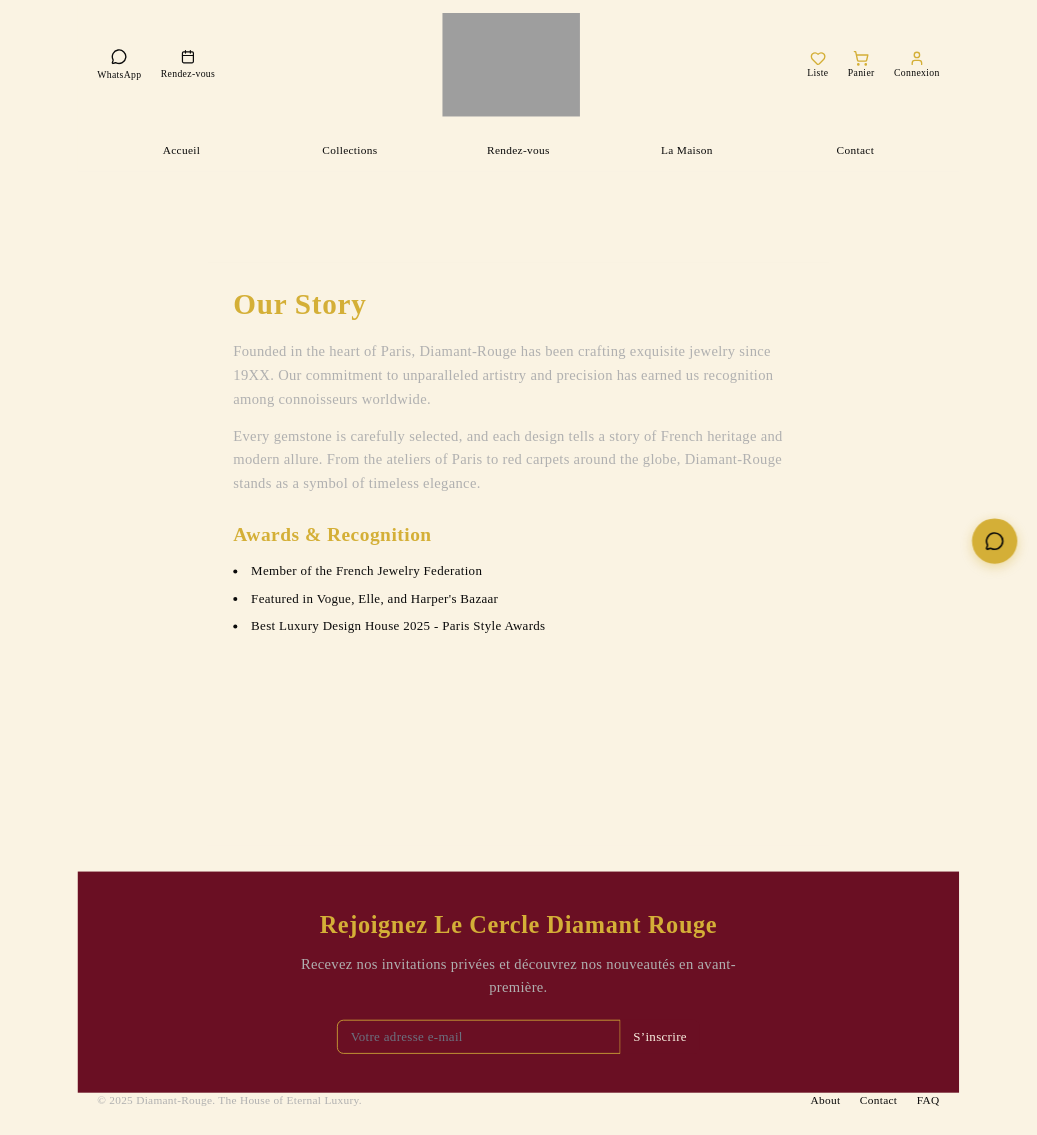
Repository: G-omar-H/diamant-rouge
Page: /about (app in diamant-rouge/)
The author's editor kept a copy of each file at every save. The page is drawn from the files as they stood at one save, then again after the next save.
The browser window is 1280 px wide. The pictures show the whole page, at 81% of full size.
Pictures or frames that could not be fetched are drawn as grey boxes. The page's requests for data from a server got no answer. The project was rebuilt for these pictures with package versions that can differ from the ones it lists, and the page was loaded fresh each time. The framework's server and built-in components were replaced by stand-ins that run in the browser. No one was signed in, and anything a server would have sent is missing. Also part of the build but not shown: diamant-rouge/next.config.js.

Above is the page before, as saved 2025-03-05 03:53:41.

### diamant-rouge/pages/_app.tsx
// pages/_app.tsx
import type { AppProps } from "next/app";
import "../styles/globals.css";
import { SessionProvider } from "next-auth/react"; // ✅ Import NextAuth Session Provider
import { CartProvider } from "../contexts/CartContext";
import { WishlistProvider } from "../contexts/WishlistContext";
import { ToastProvider } from "../contexts/ToastContext";
import { useRouter } from "next/router";
import Layout from "../components/Layout";

export default function App({ Component, pageProps: { session, ...pageProps } }: AppProps) {
    const { locale } = useRouter();

    return (
        <SessionProvider session={session}> {/* ✅ Ensures session context is available */}
            <div dir={locale === "ar" ? "rtl" : "ltr"}>
                <ToastProvider>
                    <CartProvider> {/* ✅ Cart is now session-aware */}
                        <WishlistProvider>
                            <Layout title="Home" description="Welcome to Diamant-Rouge, the epitome of luxury jewelry.">
                                <Component {...pageProps} />
                            </Layout>
                        </WishlistProvider>
                    </CartProvider>
                </ToastProvider>
            </div>
        </SessionProvider>
    );
}

### diamant-rouge/pages/about.tsx
// pages/about.tsx
import Head from "next/head";

export default function AboutPage() {
    return (
        <>
            <Head>
                <title>About Diamant-Rouge</title>
            </Head>
            <main className="section-light hero-section min-h-screen p-8 max-w-3xl mx-auto">
                <h1 className="text-4xl font-serif text-brandGold mb-6">Our Story</h1>
                <p className="mb-4 text-platinumGray leading-relaxed">
                    Founded in the heart of Paris, Diamant-Rouge has been crafting exquisite jewelry since
                    19XX. Our commitment to unparalleled artistry and precision has earned us recognition
                    among connoisseurs worldwide.
                </p>
                <p className="mb-4 text-platinumGray leading-relaxed">
                    Every gemstone is carefully selected, and each design tells a story of French heritage
                    and modern allure. From the ateliers of Paris to red carpets around the globe,
                    Diamant-Rouge stands as a symbol of timeless elegance.
                </p>

                {/* Authority Cue: Awards, Certification */}
                <h2 className="text-2xl font-serif text-brandGold mt-8 mb-4">Awards & Recognition</h2>
                <ul className="list-disc list-inside text-richEbony space-y-2">
                    <li>Member of the French Jewelry Federation</li>
                    <li>Featured in Vogue, Elle, and Harper's Bazaar</li>
                    <li>Best Luxury Design House 2025 - Paris Style Awards</li>
                </ul>
            </main>
        </>
    );
}

### diamant-rouge/contexts/WishlistContext.tsx
import { createContext, useContext, useState, useEffect, ReactNode } from "react";

type WishlistItem = {
    productId: number;
};

type WishlistContextType = {
    wishlist: WishlistItem[];
    addToWishlist: (productId: number) => void;
    removeFromWishlist: (productId: number) => void;
    fetchWishlist: () => void;
};

const WishlistContext = createContext<WishlistContextType | undefined>(undefined);

export function WishlistProvider({ children }: { children: ReactNode }) {
    const [wishlist, setWishlist] = useState<WishlistItem[]>([]);

    useEffect(() => {
        fetchWishlist();
    }, []);

    async function fetchWishlist() {
        try {
            const res = await fetch("/api/wishlist", {
                credentials: "include"
            });
            const data = await res.json();
            if (res.ok) setWishlist(data);
        } catch (error) {
            console.error("❌ Failed to fetch wishlist:", error);
        }
    }

    async function addToWishlist(productId: number) {
        try {
            const res = await fetch("/api/wishlist", {
                method: "POST",
                credentials: "include",
                headers: { "Content-Type": "application/json" },
                body: JSON.stringify({ productId }),
            });
            if (res.ok) fetchWishlist();
        } catch (error) {
            console.error("❌ Failed to add to wishlist:", error);
        }
    }

    async function removeFromWishlist(productId: number) {
        try {
            const res = await fetch("/api/wishlist", {
                method: "DELETE",
                credentials: "include",
                headers: { "Content-Type": "application/json" },
                body: JSON.stringify({ productId }),
            });
            if (res.ok) fetchWishlist();
        } catch (error) {
            console.error("❌ Failed to remove from wishlist:", error);
        }
    }

    return (
        <WishlistContext.Provider value={{ wishlist, addToWishlist, removeFromWishlist, fetchWishlist }}>
            {children}
        </WishlistContext.Provider>
    );
}

export function useWishlist() {
    const context = useContext(WishlistContext);
    if (!context) throw new Error("useWishlist must be used within a WishlistProvider");
    return context;
}

### diamant-rouge/contexts/ToastContext.tsx
import { createContext, useContext, useState, ReactNode } from 'react';
import ToastNotification, { ToastType } from '../components/ToastNotification';

type ToastContextType = {
  showToast: (message: string, type: ToastType) => void;
};

const ToastContext = createContext<ToastContextType | undefined>(undefined);

export function ToastProvider({ children }: { children: ReactNode }) {
  const [isVisible, setIsVisible] = useState(false);
  const [message, setMessage] = useState('');
  const [toastType, setToastType] = useState<ToastType>('success');

  const showToast = (message: string, type: ToastType = 'success') => {
    setMessage(message);
    setToastType(type);
    setIsVisible(true);
  };

  const hideToast = () => {
    setIsVisible(false);
  };

  return (
    <ToastContext.Provider value={{ showToast }}>
      {children}
      <ToastNotification
        message={message}
        type={toastType}
        isVisible={isVisible}
        onClose={hideToast}
      />
    </ToastContext.Provider>
  );
}

export function useToast() {
  const context = useContext(ToastContext);
  if (!context) {
    throw new Error('useToast must be used within a ToastProvider');
  }
  return context;
}

### diamant-rouge/components/Layout.tsx
// components/Layout.tsx

import { ReactNode } from "react";
import Head from "next/head";
import Header from "./Header";
import Footer from "./Footer";
import ChatBot from "./ChatBot";
import Notifications from "./Notifications";

type LayoutProps = {
    children: ReactNode;
    title?: string;
    description?: string;
};

export default function Layout({ children, title, description }: LayoutProps) {
    return (
        <>
            {/* Enhanced SEO Metadata */}
            <Head>
                <title>
                    {title ? `${title} | Diamant-Rouge` : "Diamant-Rouge - Luxury Jewelry House"}
                </title>
                {description && <meta name="description" content={description} />}
                <meta name="viewport" content="width=device-width, initial-scale=1" />
            </Head>

            {/*
        Wrapper that applies (100vw - 2in) to the entire site
        so Header, Main, and Footer are all within that width.
      */}
            <div
                style={{
                    margin: "0 auto",
                    width: "calc(100vw - 2in)",
                }}
            >
                {/* Fixed or static Header (depending on your Header.tsx) */}
                <Header />

                <main className="min-h-screen pt-24 md:pt-28 transition-opacity duration-500 ease-in-out">
                    {children}
                </main>

                <Footer />
                <ChatBot />
            </div>
        </>
    );
}

### diamant-rouge/components/ToastNotification.tsx
import { useState, useEffect } from "react";
import { motion, AnimatePresence } from "framer-motion";
import { ShoppingCart, Heart, Check, X } from "lucide-react";

export type ToastType = "cart" | "wishlist" | "success" | "error";

type ToastProps = {
  message: string;
  type: ToastType;
  isVisible: boolean;
  onClose: () => void;
  duration?: number;
};

export default function ToastNotification({
  message,
  type,
  isVisible,
  onClose,
  duration = 3000,
}: ToastProps) {
  // Auto-dismiss the toast after duration
  useEffect(() => {
    if (isVisible) {
      const timer = setTimeout(() => {
        onClose();
      }, duration);

      return () => clearTimeout(timer);
    }
  }, [isVisible, onClose, duration]);

  // Get icon based on toast type
  const getIcon = () => {
    switch (type) {
      case "cart":
        return <ShoppingCart size={18} className="text-brandIvory" />;
      case "wishlist":
        return <Heart size={18} className="text-brandIvory" />;
      case "success":
        return <Check size={18} className="text-brandIvory" />;
      case "error":
        return <X size={18} className="text-brandIvory" />;
      default:
        return null;
    }
  };

  // Get background color based on toast type
  const getBgColor = () => {
    switch (type) {
      case "cart":
        return "bg-brandGold";
      case "wishlist":
        return "bg-burgundy";
      case "success":
        return "bg-emerald-600";
      case "error":
        return "bg-red-600";
      default:
        return "bg-platinumGray";
    }
  };

  return (
    <AnimatePresence>
      {isVisible && (
        <motion.div
          initial={{ opacity: 0, y: -20, scale: 0.9 }}
          animate={{ opacity: 1, y: 0, scale: 1 }}
          exit={{ opacity: 0, y: -20, scale: 0.9 }}
          transition={{ type: "spring", damping: 25 }}
          className={`fixed top-6 right-6 z-50 ${getBgColor()} text-brandIvory px-5 py-3 rounded-lg shadow-lg flex items-center max-w-sm`}
        >
          <div className="mr-3 flex-shrink-0">
            {getIcon()}
          </div>
          <div className="flex-grow">
            <p className="text-sm">{message}</p>
          </div>
          <button
            onClick={onClose}
            className="ml-3 text-brandIvory/70 hover:text-brandIvory transition-colors"
            aria-label="Fermer"
          >
            <X size={16} />
          </button>
        </motion.div>
      )}
    </AnimatePresence>
  );
}

### diamant-rouge/components/Header.tsx
"use client";

import { useState } from "react";
import Link from "next/link";
import Image from "next/image";
import { signOut, useSession } from "next-auth/react";
import { useCart } from "../contexts/CartContext";
import { useWishlist } from "../contexts/WishlistContext";
import {
  ShoppingCart,
  Heart,
  User,
  LogOut,
  Calendar,
  MessageCircle,
  ShieldCheck,
  Menu,
  X,
} from "lucide-react";

export default function Header() {
  const { cart } = useCart();
  const { wishlist } = useWishlist();
  const { data: session } = useSession();

  // Mobile navigation state
  const [navOpen, setNavOpen] = useState(false);

  return (
    <header className="w-full bg-brandIvory">
      <div className="max-w-screen-xl mx-auto px-6 py-4 flex flex-col gap-4">
        {/* Top Row: Contact & User Actions */}
        <div className="flex justify-between items-center">
          {/* Left: Contact Links */}
          <div className="flex items-center gap-6">
            <a
              href="https://wa.me/212555000111"
              target="_blank"
              rel="noopener noreferrer"
              className="flex flex-col items-center gap-1 text-richEbony hover:text-burgundy transition"
              title="Contactez-nous via WhatsApp"
            >
              <MessageCircle size={20} />
              <span className="text-xs">WhatsApp</span>
            </a>
            <Link
              href="/appointments"
              className="flex flex-col items-center gap-1 text-richEbony hover:text-brandGold transition"
              title="Prendre rendez-vous"
            >
              <Calendar size={18} />
              <span className="text-xs">Rendez-vous</span>
            </Link>
          </div>

          {/* Center: Enlarged Logo */}
          <div className="flex-grow flex justify-center items-center">
            <Link
              href="/"
              title="Accueil Diamant Rouge"
              className="relative w-96 h-32 hover:scale-105 transition-transform"
            >
              <Image
                src="/images/1/diamant-rouge-logo.svg"
                alt="Diamant Rouge - Joaillerie de Luxe"
                fill
                className="object-contain"
              />
            </Link>
          </div>

          {/* Right: User & Cart Icons */}
          <div className="flex items-center gap-6">
            <Link href="/wishlist" title="Votre liste de souhaits">
              <div className="relative flex flex-col items-center">
                <Heart size={20} className="text-brandGold" />
                <span className="text-xs">Liste</span>
                {wishlist.length > 0 && (
                  <span className="absolute -top-1 -right-2 bg-burgundy text-brandIvory text-xs px-1 rounded-full">
                    {wishlist.length}
                  </span>
                )}
              </div>
            </Link>
            <Link href="/cart" title="Votre panier">
              <div className="relative flex flex-col items-center">
                <ShoppingCart size={20} className="text-brandGold" />
                <span className="text-xs">Panier</span>
                {cart.length > 0 && (
                  <span className="absolute -top-1 -right-2 bg-burgundy text-brandIvory text-xs px-1 rounded-full">
                    {cart.length}
                  </span>
                )}
              </div>
            </Link>
            {session?.user?.role === "admin" && (
              <Link href="/admin" title="Accès Back Office">
                <div className="flex flex-col items-center">
                  <ShieldCheck size={20} className="text-brandGold" />
                  <span className="text-xs">Admin</span>
                </div>
              </Link>
            )}
            {session ? (
              <>
                <Link href="/profile" title="Votre Profil">
                  <div className="flex flex-col items-center">
                    <User size={20} className="text-brandGold" />
                    <span className="text-xs">Profil</span>
                  </div>
                </Link>
                <button
                  onClick={() => signOut()}
                  className="flex flex-col items-center text-brandGold transition"
                  title="Se déconnecter"
                >
                  <LogOut size={20} />
                  <span className="text-xs">Déconnexion</span>
                </button>
              </>
            ) : (
              <Link href="/auth" title="Se connecter">
                <div className="flex flex-col items-center">
                  <User size={20} className="text-brandGold" />
                  <span className="text-xs">Connexion</span>
                </div>
              </Link>
            )}
            {/* Mobile Nav Toggle */}
            <div className="md:hidden">
              <button onClick={() => setNavOpen(true)} title="Ouvrir le menu">
                <Menu size={24} className="text-brandGold" />
              </button>
            </div>
          </div>
        </div>

        {/* Bottom Row: Desktop Navigation spanning full width */}
        <nav className="hidden md:flex justify-between mt-4 text-sm font-medium text-richEbony">
          <Link
            href="/"
            className="flex-1 text-center hover:text-brandGold transition duration-300"
          >
            Accueil
          </Link>
          <Link
            href="/collections"
            className="flex-1 text-center hover:text-brandGold transition duration-300"
          >
            Collections
          </Link>
          <Link
            href="/appointments"
            className="flex-1 text-center hover:text-brandGold transition duration-300"
          >
            Rendez-vous
          </Link>
          <Link
            href="/the-house"
            className="flex-1 text-center hover:text-brandGold transition duration-300"
          >
            La Maison
          </Link>
          <Link
            href="/contact"
            className="flex-1 text-center hover:text-brandGold transition duration-300"
          >
            Contact
          </Link>
        </nav>
      </div>

      {/* Mobile Navigation Overlay */}
      {navOpen && (
        <div className="md:hidden fixed inset-0 bg-black/40 backdrop-blur-sm z-50 flex">
          <div className="bg-brandIvory w-3/4 max-w-xs h-full p-5 flex flex-col">
            <button
              onClick={() => setNavOpen(false)}
              className="self-end text-richEbony hover:text-brandGold mb-4"
              title="Fermer le menu"
            >
              <X size={24} />
            </button>
            <Link
              href="/"
              className="py-2 text-richEbony hover:text-brandGold"
              onClick={() => setNavOpen(false)}
            >
              Accueil
            </Link>
            <Link
              href="/collections"
              className="py-2 text-richEbony hover:text-brandGold"
              onClick={() => setNavOpen(false)}
            >
              Collections
            </Link>
            <Link
              href="/appointments"
              className="py-2 text-richEbony hover:text-brandGold"
              onClick={() => setNavOpen(false)}
            >
              Rendez-vous
            </Link>
            <Link
              href="/the-house"
              className="py-2 text-richEbony hover:text-brandGold"
              onClick={() => setNavOpen(false)}
            >
              La Maison
            </Link>
            <Link
              href="/contact"
              className="py-2 text-richEbony hover:text-brandGold"
              onClick={() => setNavOpen(false)}
            >
              Contact
            </Link>
          </div>
          <div className="flex-1" onClick={() => setNavOpen(false)}></div>
        </div>
      )}
    </header>
  );
}

### diamant-rouge/components/Footer.tsx
// components/Footer.tsx
import Link from "next/link";
import Newsletter from "./Newsletter";

export default function Footer() {
    return (
        <footer className=" py-8 mt-auto">
            {/* Newsletter */}
            <Newsletter />
            <div className="max-w-6xl mx-auto px-6 flex flex-col md:flex-row items-center justify-between">

                {/* Branding */}
                <p className="mb-4 md:mb-0 font-serif text-sm tracking-wide">
                    © {new Date().getFullYear()} Diamant-Rouge. The House of Eternal Luxury.
                </p>

                {/* Quick Links */}
                <nav className="flex gap-6 text-sm">
                    <Link
                        href="/about"
                        className="hover:text-brandGold transition-colors"
                    >
                        About
                    </Link>
                    <Link
                        href="/contact"
                        className="hover:text-brandGold transition-colors"
                    >
                        Contact
                    </Link>
                    <Link
                        href="/faq"
                        className="hover:text-brandGold transition-colors"
                    >
                        FAQ
                    </Link>
                </nav>
            </div>
        </footer>
    );
}

### diamant-rouge/components/Newsletter.tsx
import { useState } from "react";

export default function Newsletter() {
  const [email, setEmail] = useState("");
  const [message, setMessage] = useState("");

  const handleSubmit = async (e: React.FormEvent) => {
    e.preventDefault();
    try {
      const res = await fetch("/api/newsletter", {
        method: "POST",
        headers: { "Content-Type": "application/json" },
        body: JSON.stringify({ email }),
      });
      const data = await res.json();
      if (!res.ok) throw new Error(data.error || "Something went wrong.");
      setMessage(data.message);
    } catch (error: any) {
      setMessage(error.message);
    }
  };

  return (
    <section className="section-light py-12 px-6 md:px-8 text-center bg-burgundy">
      <h4 className="text-2xl md:text-3xl font-serif text-brandGold mb-4">
        Rejoignez Le Cercle Diamant Rouge
      </h4>
      <p className="text-platinumGray max-w-xl mx-auto mb-6">
        Recevez nos invitations privées et découvrez nos nouveautés en avant-première.
      </p>
      <form className="max-w-md mx-auto flex" onSubmit={handleSubmit}>
        <input
          type="email"
          placeholder="Votre adresse e-mail"
          className="input-field flex-1 rounded-r-none"
          value={email}
          onChange={(e) => setEmail(e.target.value)}
        />
        <button
          type="submit"
          className="bg-burgundy hover:bg-brandGold text-brandIvory hover:text-richEbony px-4 py-2 rounded-r-lg transition duration-300"
        >
          S’inscrire
        </button>
      </form>
      {message && <p className="mt-4 text-brandGold">{message}</p>}
    </section>
  );
}

Loaded but not shown: diamant-rouge/tailwind.config.js (105 lines, source omitted); diamant-rouge/styles/globals.css (156 lines, source omitted); diamant-rouge/contexts/CartContext.tsx (143 lines, source omitted); diamant-rouge/components/ChatBot.tsx (107 lines, source omitted)

After the next save:
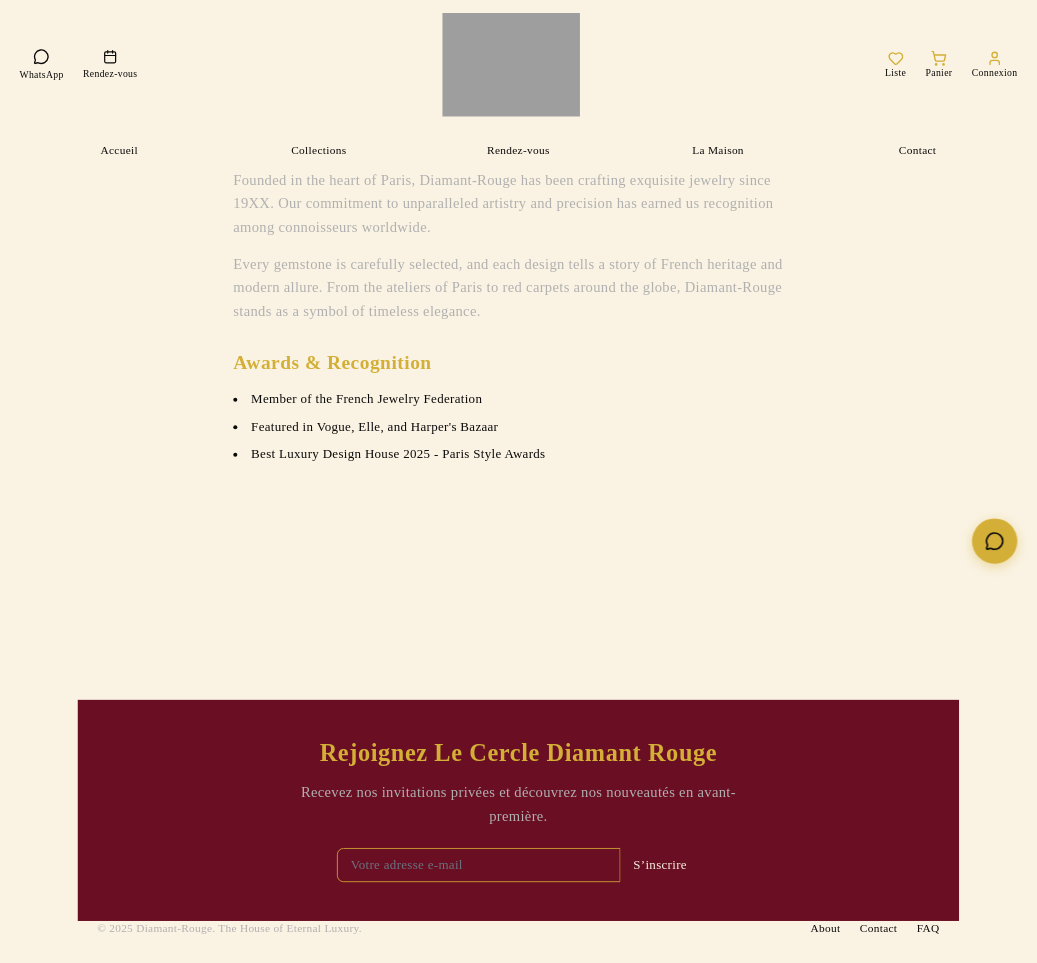
Saved 2 min 59 s later.
--- a/diamant-rouge/components/Header.tsx
+++ b/diamant-rouge/components/Header.tsx
@@ -27,7 +27,7 @@
   const [navOpen, setNavOpen] = useState(false);
 
   return (
-    <header className="w-full bg-brandIvory">
+    <header className="w-full bg-brandIvory fixed top-0 left-0 z-50">
       <div className="max-w-screen-xl mx-auto px-6 py-4 flex flex-col gap-4">
         {/* Top Row: Contact & User Actions */}
         <div className="flex justify-between items-center">
